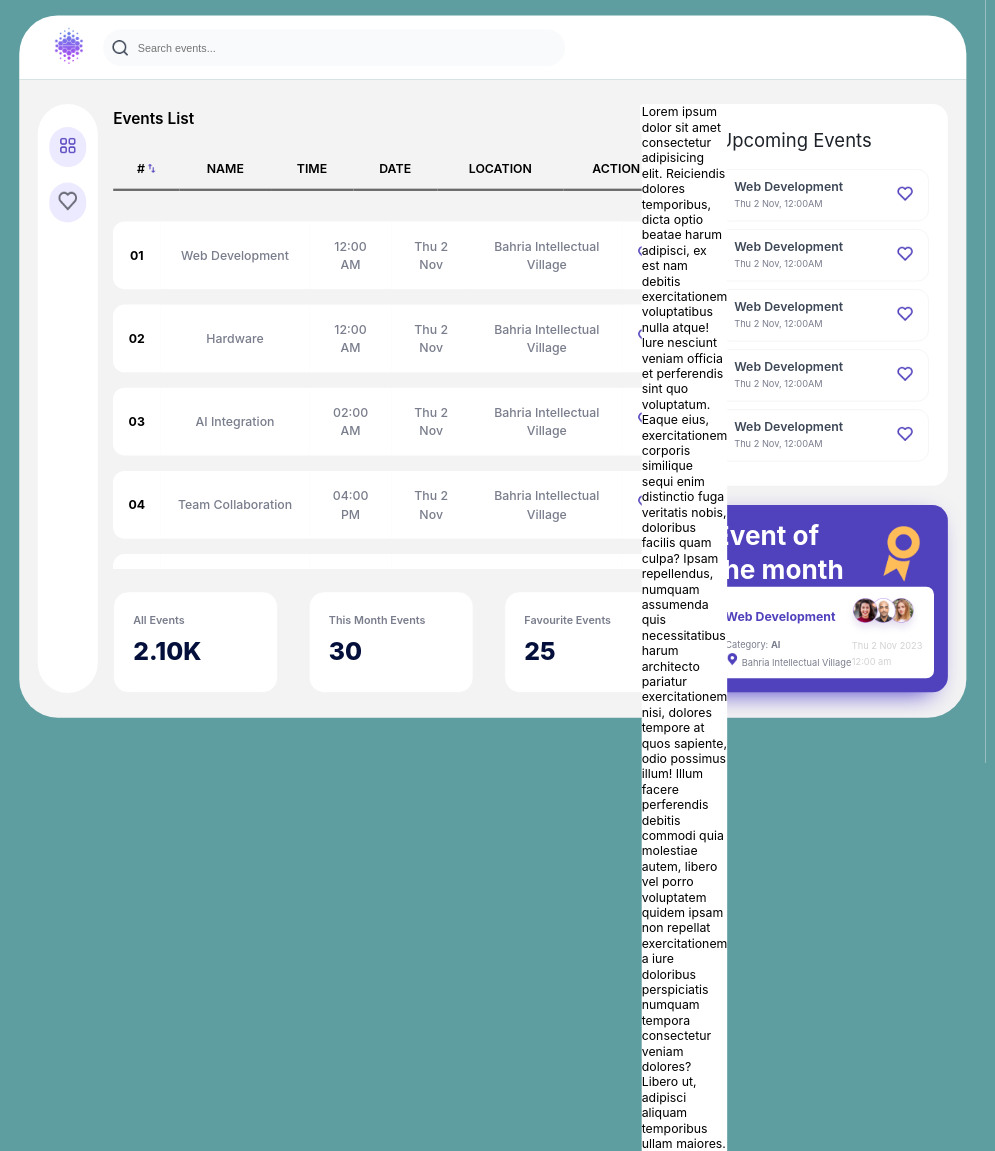
Repository: ahmadunitedsol710/react-dashboard
Page: /, after clicking the first element matching `tr.body_row`
An editor plug-in stored every save of this project. The page is shown before and after a run of saves, followed by the edit.
The browser window is 1280 px wide. The page is 1280 px wide, then 1292 px, so the pictures cover 1292 px, including what lies to the right of the window. The pictures show the whole page, at 77% of full size.
An inner scrolling area shows only its first screen. The project was rebuilt for these pictures with package versions that can differ from the ones it lists, and the page was loaded fresh each time.

Above is the page before, as saved 2024-08-02 09:17:59.

After the next 2 saves:
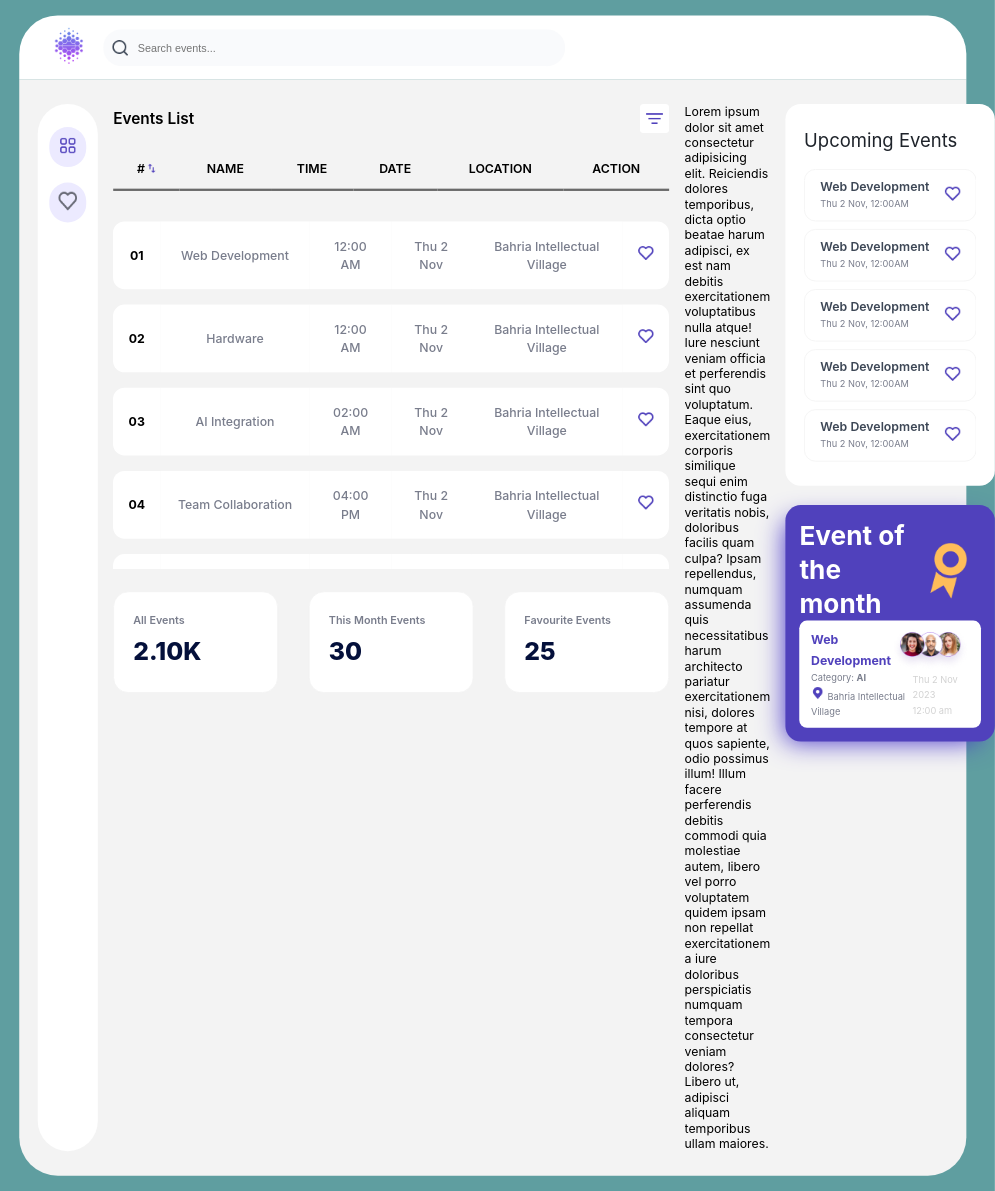
The 2 saves are shown as one change because they came seconds apart.
The last was saved 7 s later.
--- a/src/Components/Body/Detailpopup.js
+++ b/src/Components/Body/Detailpopup.js
@@ -5,9 +5,7 @@ const Detailpopup = () => {
     return (
         <>
         <div className="detailpopup">
-            <div className="inner_detail">
             Lorem ipsum dolor sit amet consectetur adipisicing elit. Reiciendis dolores temporibus, dicta optio beatae harum adipisci, ex est nam debitis exercitationem voluptatibus nulla atque! Iure nesciunt veniam officia et perferendis sint quo voluptatum. Eaque eius, exercitationem corporis similique sequi enim distinctio fuga veritatis nobis, doloribus facilis quam culpa? Ipsam repellendus, numquam assumenda quis necessitatibus harum architecto pariatur exercitationem nisi, dolores tempore at quos sapiente, odio possimus illum! Illum facere perferendis debitis commodi quia molestiae autem, libero vel porro voluptatem quidem ipsam non repellat exercitationem a iure doloribus perspiciatis numquam tempora consectetur veniam dolores? Libero ut, adipisci aliquam temporibus ullam maiores.
-            </div>
         </div>
         </>
     )
